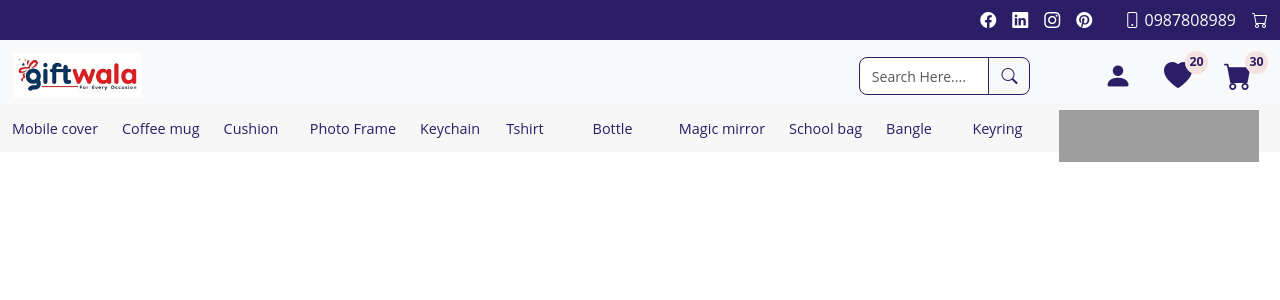
Repository: mangalravi/GiftWala
Page: index.html
The author's editor kept a copy of each file at every save. The page is drawn from the files as they stood at one save, then again after the next save.
The browser window is 1280 px wide. The pictures show the whole page.
Pictures or frames that could not be fetched are drawn as grey boxes. The style sheet was rebuilt from its Sass, Less or Tailwind sources for each picture, by a compiler version that may differ from the author's.

Above is the page before, as saved 2024-07-07 18:12:26.

### index.html
<!DOCTYPE html>
<html lang="en">
  <head>
    <meta charset="UTF-8" />
    <meta name="viewport" content="width=device-width, initial-scale=1.0" />
    <title>GiftWala</title>

    <link
      rel="apple-touch-icon"
      sizes="180x180"
      href="content/images/fabicon.png"
      alt="fabicon"
    />
    <link
      rel="icon"
      type="image/png"
      sizes="32x32"
      href="content/images/fabicon.png"
      alt="fabicon"
    />
    <link
      rel="icon"
      type="image/png"
      sizes="16x16"
      href="content/images/fabicon.png"
      alt="fabicon"
    />
    <link
      rel="publication"
      href=""
      crossorigin="use-credentials"
      type="application/manifest+json"
    />
    <meta name="msapplication-TileColor" content="#da532c" />
    <meta name="theme-color" content="#ffffff" />

    <link rel="icon" href="content/images/logo/favicon.png" type="image/png" />
    <link rel="stylesheet" href="content/css/bootstrap-icons.css" />
    <link rel="stylesheet" href="content/bootstrap/css/bootstrap.min.css" />
    <link rel="stylesheet" href="content/css/font-family.css" />
    <link rel="stylesheet" href="content/css/aos.css" />
    <link rel="stylesheet" href="content/css/custom.css" />
  </head>
  <body>
    <header>
      <div class="tophdr">
        <div class="container-fluid d-flex justify-content-end">
          <ul class="tpmnul">
            <li>
              <ul class="social-link">
                <li>
                  <a
                    href="#"
                    rel="noopener noreferrer"
                    target="_blank"
                    aria-label="Facebook"
                    class="fb"
                    ><i class="bi bi-facebook"></i
                  ></a>
                </li>
                <li>
                  <a
                    href="#"
                    rel="noopener noreferrer"
                    target="_blank"
                    aria-label="Linkedin"
                    class="in"
                    ><i class="bi bi-linkedin"></i
                  ></a>
                </li>
                <li>
                  <a
                    href="#"
                    rel="noopener noreferrer"
                    target="_blank"
                    aria-label="Instagram"
                    class="inta"
                    ><i class="bi bi-instagram"></i
                  ></a>
                </li>
                <li>
                  <a
                    href="#"
                    rel="noopener noreferrer"
                    target="_blank"
                    aria-label="Pinterest"
                    class="inta"
                    ><i class="bi bi-pinterest"></i
                  ></a>
                </li>
                <li>
                  <a
                    href="#"
                    rel="noopener noreferrer"
                    target="_blank"
                    aria-label="Threads"
                    class="in"
                    ><i class="bi bi-threads"></i
                  ></a>
                </li>
              </ul>
            </li>
            <li>
              <a href="#">
                <i class="bi bi-phone"></i>
                <span>0987808989</span>
              </a>
            </li>
            <li>
              <a href="#">
                <i class="bi bi-cart"></i>
              </a>
            </li>
          </ul>
        </div>
      </div>
      <nav class="navbar navbar-expand-lg bg-body-tertiary">
        <div class="container-fluid">
          <a class="navbar-brand m-0" href="#">
            <img
              src="content/images/logo.jpg"
              alt="logo"
              height="45"
              width="131"
            />
          </a>
          <button
            class="navbar-toggler"
            type="button"
            data-bs-toggle="collapse"
            data-bs-target="#navbarSupportedContent"
            aria-controls="navbarSupportedContent"
            aria-expanded="false"
            aria-label="Toggle navigation"
          >
            <span class="navbar-toggler-icon"></span>
          </button>
          <div
            class="collapse navbar-collapse justify-content-end"
            id="navbarSupportedContent"
          >
            <div class="row align-items-center">
              <div class="col-sm-8">
                <div class="row justify-content-center">
                  <div class="col-sm-7">
                    <form class="d-flex" role="search">
                      <div class="input-group">
                        <input
                          type="text"
                          class="form-control"
                          placeholder="Search Here...."
                        />
                        <span class="input-group-text" id="basic-addon2">
                          <i class="bi bi-search"></i>
                        </span>
                      </div>
                    </form>
                  </div>
                </div>
              </div>
              <div class="col-sm-4">
                <ul class="navbar-nav justify-content-end">
                  <li class="nav-item">
                    <a class="nav-link" aria-current="page" href="#"
                      ><i class="bi bi-person-fill"></i
                    ></a>
                  </li>
                  <li class="nav-item">
                    <a class="nav-link" href="#"
                      ><i class="bi bi-heart-fill"></i>
                      <span class="badge">20</span>
                    </a>
                  </li>
                  <li class="nav-item">
                    <a class="nav-link" href="#">
                      <i class="bi bi-cart-fill"></i>
                      <span class="badge">30</span>
                    </a>
                  </li>
                </ul>
              </div>
            </div>
            <div class="btmhdr">
              <div class="container-fluid">
                <div class="btmhdrnv">
                  <div class="row w-100">
                    <div class="col-sm-10">
                      <div class="bdrnv">
                        <div class="row align-items-center">
                          <div class="col-6 col-sm-4 col-md-3 col-lg">
                            <a href="#">Mobile cover</a>
                          </div>
                          <div class="col-6 col-sm-4 col-md-3 col-lg">
                            <a href="#">Coffee mug</a>
                          </div>
                          <div class="col-6 col-sm-4 col-md-3 col-lg">
                            <a href="#">Cushion</a>
                          </div>
                          <div class="col-6 col-sm-4 col-md-3 col-lg">
                            <a href="#">Photo Frame</a>
                          </div>
                          <div class="col-6 col-sm-4 col-md-3 col-lg">
                            <a href="#">Keychain</a>
                          </div>
                          <div class="col-6 col-sm-4 col-md-3 col-lg">
                            <a href="#">Tshirt</a>
                          </div>
                          <div class="col-6 col-sm-4 col-md-3 col-lg">
                            <a href="#">Bottle</a>
                          </div>
                          <div class="col-6 col-sm-4 col-md-3 col-lg">
                            <a href="#">Magic mirror</a>
                          </div>
                          <div class="col-6 col-sm-4 col-md-3 col-lg">
                            <a href="#">School bag</a>
                          </div>
                          <div class="col-6 col-sm-4 col-md-3 col-lg">
                            <a href="#">Bangle</a>
                          </div>
                          <div class="col-6 col-sm-4 col-md-3 col-lg">
                            <a href="#">Keyring</a>
                          </div>
                        </div>
                      </div>
                    </div>
                    <div class="col-sm-2">
                      <div class="position-relative">
                        <a class="adbHeaderLink" href="#">
                          <div class="left bg-express_delivery_1"></div>
                          <input type="hidden" value="Delivery In 2 hours" />
                        </a>
                      </div>
                    </div>
                  </div>
                </div>
              </div>
            </div>
          </div>
        </div>
      </nav>
    </header>

    <!--
<footer>
  <div class="container">
    <div class="row mb-4">
      <div class="col-sm-6 col-md-2 d-flex">
        <div class="hdr-img mb-4">
          <img src="hdr-logo" alt="hdr-logo">
        </div>
      </div>
      <div class="col-md-7">
        <div class="row">
            <div class="col-3">
              <ul>
                <li><a href="aboutus.html">About Us</a></li>
                <li><a href="contact-us.html">Contact Us</a></li>
                <li><a href="faq.html">FAQ</a></li>
              </ul>
            </div>
            <div class="col-4">
              <ul>
                <li><a href="term-and-condition.html">Terms of Purchase</a></li>
                <li><a href="item-condition.html">Items Condition</a></li>
                <li><a href="privacy-policy.html">Privacy Policy</a></li>
              </ul>
            </div>
            <div class="col-5">
              <ul class="mailli">
                <li><a href="tel:1800-419-0431"><i class="bi bi-telephone-fill"></i> 1800-419-0431</a></li>
                <li><a href="mailto: support@b2bstop.com"><i class="bi bi-envelope"></i>  support@b2bstop.com</a></li>
              </ul>
            </div>
         </div>

      </div>
      <div class="col-sm-6 col-md-3 d-flex">
        <div class="adrs">
          <a href="http://maps.google.com/?q=1200 Pennsylvania Ave SE, Washington, District of Columbia, 20003"">
            <i class="bi bi-geo-alt-fill"></i>
            No. 565, Axis Pennmark building, 2nd, 3rd & 4th Floor, 9th cross road, Sarakki, 3rd phase, JP Nagar, Bangalore, Karnataka - 560078
          </a>
        </div>
      </div>
    </div>
    <div class="btn-hdng">
      <p class="text-center">© b2bstop - Trade mark of Green Enabled IT Solutions Pvt. Ltd</p>
    </div>
  </div>
</footer> -->

    <script src="content/js/jquery.min.js"></script>
    <script src="content/js/slick.js"></script>
    <script src="content/js/aos.js"></script>
    <script src="content/bootstrap/js/bootstrap.bundle.min.js"></script>
    <script src="content/js/custom.js"></script>
    <script>
      AOS.init();
    </script>
  </body>
</html>

### content/css/font-family.css
@font-face {
  font-family: "OpenSans";
  font-style: normal;
  font-weight: 400;
  src: url("../fonts/Open_Sans/static/OpenSans-Regular.ttf") format("truetype");
  font-display: swap;
}

@font-face {
  font-family: "OpenSans";
  font-style: normal;
  font-weight: 500;
  src: url("../fonts/Open_Sans/static/OpenSans-Medium.ttf") format("truetype");
  font-display: swap;
}

@font-face {
  font-family: "OpenSans";
  font-style: normal;
  font-weight: 600;
  src: url("../fonts/Open_Sans/static/OpenSans-SemiBold.ttf") format("truetype");
  font-display: swap;
}

@font-face {
  font-family: "OpenSans";
  font-style: normal;
  font-weight: 700;
  src: url("../fonts/Open_Sans/static/OpenSans-Bold.ttf") format("truetype");
  font-display: swap;
}

### content/js/custom.js
$(".projetos-slider").slick({
  slidesToShow: 1,
  slidesToScroll: 1,
  autoplay: true,
  autoplaySpeed: 1000,
  arrows: false,
  dots: false,
  adaptiveHeight: true,
  speed: 1500,
  responsive: [
    {
      breakpoint: 1121,
      settings: {
        slidesToShow: 1,
        autoplay: true,
        adaptiveHeight: true,
      },
    },
    {
      breakpoint: 768,
      settings: {
        slidesToShow: 1,
        autoplay: true,
        adaptiveHeight: true,
      },
    },
  ],
});

### content/css/custom.scss
:root {
  --bs-primary: #2b1e66;
  --bs-secondary: #ed247c;
  --bs-heading: #333333;
  --bs-para: #595657;
  --bs-border-color: #e8e8e8;
  --bs-root-font-size: 16px;
  --bs-body-font-family: 'Open Sans', sans-serif;
}

.bi,
.btn,
.h1,
.h2,
.h3,
.h4,
.h5,
.h6,
:after,
:before,
a,
button,
h1,
h2,
h3,
h4,
h5,
h6,
img,
input,
li,
p,
select,
span,
textarea {
  transition: 0.5s ease-out;
}

ul {
  padding: 0;
  margin: 0;

  li {
    list-style: none;
    color: var(--bs-primary);
  }
}

body {
  margin: 0;
  font-family: var(--bs-body-font-family);
  overflow-x: hidden;
  font-size: 16px;
  position: inherit !important;
}

.overflow-x-hidden {
  overflow-x: hidden;
}

.h1,
.h2,
.h3,
.h4,
.h5,
.h6,
h1,
h2,
h3,
h4,
h5,
h6 {
  font-family: var(--bs-body-font-family);
  font-weight: 600;
  margin-bottom: 1rem;
  line-height: 1.35;
  color: var(--bs-secondary);
}

.btn {
  padding: 0.65rem 0.6rem;
  font-size: 0.65rem;
  text-transform: uppercase;
  transition: all 0.25s;
  border-radius: 0.35rem;
  height: 37.72px;
  font-weight: 600;
}

.btn-secondary-fill {
  background: var(--bs-secondary);
  border: 1px solid var(--bs-secondary);
  color: #fff;

  &:hover {
    background: var(--bs-secondary);
    border: 1px solid var(--bs-secondary);
    color: #fff;
  }
}


input {
  &::placeholder {
    font-size: 0.85rem;
    color: #000;
  }
}

.form-group {
  width: 100%;
  border: 1px solid #e1e1e2;
  border-radius: 0.25rem;
  padding: 0.25rem 1rem;

  &::placeholder {
    font-size: 1rem;
    color: #aeb3b3;
  }

  &::focus {
    outline: none;
    border: 1px solid var(--bs-primary);
  }
}

img {
  object-fit: contain;
  max-width: 100%;
}

.btn-primary {
  color: #fff;
  background-color: var(--bs-primary);
  border: 1px solid var(--bs-primary);
}

.btn-secondary {
  color: var(--bs-secondary);
  background-color: transparent;
  border: 1px solid var(--bs-secondary);

  &:hover {
    border-radius: 0.5rem;
    color: #fff;
    background-color: var(--bs-secondary);
    border-color: transparent;
    transition: all 0.8s;
  }

  &:focus {
    color: #fff;
    background-color: var(--bs-secondary);
    border-color: transparent;
  }
}

.btn-primary {

  &:hover,
  &:focus {
    color: #fff;
    background-color: var(--bs-primary);
    outline: 0;
    box-shadow: none;
    border-color: transparent;
  }
}

.btn-main {
  &:hover {
    background: #fff;
    color: var(--bs-secondary);
  }
}

.nav-item {
  padding: 0 0.5rem;
  color: #333333ad;
  font-weight: 500;

  .nav-link {
    padding: 0 0.5rem;
    color: var(--bs-secondary);
  }

}

a {
  &:hover {
    color: var(--bs-primary);
    text-decoration: none;
  }
}

svg,
img {
  vertical-align: middle;
}

section,
footer {
  padding: 50px 0;
}

.socilhdr {
  display: flex;
  justify-content: flex-end;
  gap: 1.5rem;
  padding: 0;

  li {
    list-style-type: none;
  }
}

.tophdr {
  padding: 0.5rem 0;
  background: var(--bs-primary);

  .tpmnul {
    display: flex;
    align-items: center;
    gap: 1rem;
    color: #fff;

    a {
      color: #fff;
      text-decoration: none;
    }

    .social-link {
      display: flex;
      align-items: center;
      gap: 1rem;

      li {
        a {
          color: #fff;
        }
      }
    }
  }
}

.badge {
  position: absolute;
  top: -4px;
  right: -8px;
  background: #f4e3de;
  padding: 0.25rem;
  width: 23px;
  height: 23px;
  border-radius: 50%;
  color: var(--bs-primary);
  z-index: 0;
  font-size: 0.775rem;
  display: flex;
  align-items: center;
  justify-content: center;
}

.bg-body-tertiary {
  background-color: #f8f9fa;
}

.navbar-nav {
  li {

    a {
      z-index: 8;
      font-size: 1.75rem;
      position: relative;

      i {
        color: var(--bs-primary);
      }
    }
  }
}

.input-group {
  input {
    border: 1px solid var(--bs-primary);
    border-radius: 0.5rem 0 0 0.5rem;

    &:focus {
      box-shadow: none;
    }

    &::placeholder {
      color: #595657;
      font-size: 0.875rem;
    }
  }
}

.input-group-text {
  border: 1px solid var(--bs-primary);
  border-radius: 0.5rem 0.5rem 0.5rem 0;
  display: flex;
  align-items: center;

  i {
    color: var(--bs-primary);
  }
}

.btmhdr {
  background: #f7f7f7;
  padding: 0.75rem 0;
  width: 100%;
  position: absolute;
  top: 4rem;
  left: 0;

  .btmhdrnv {
    display: flex;
  }
}

.bg-express_delivery_1 {
  width: 200px;
  height: 53px;
  background: url(https://assets.winni.in/groot/2023/11/20/desktop/scooter-animation-fifth.gif) no-repeat 0 1px;
  position: absolute;
  left: 0;
  top: -7px;
}

.bdrnv {
  a {
    text-decoration: none;
    text-wrap: nowrap;
    color: var(--bs-primary);
    text-align: center;
    font-size: 0.9rem;
  }
}

@media(max-width:575px) {
  .btmhdr {
    top: 14.5rem;
  }
}

Loaded but not shown: content/css/bootstrap-icons.css (library); content/bootstrap/css/bootstrap.min.css (library); content/css/aos.css (library); content/js/jquery.min.js (library); content/js/slick.js (library); content/js/aos.js (library); content/bootstrap/js/bootstrap.bundle.min.js (library)

After the next save:
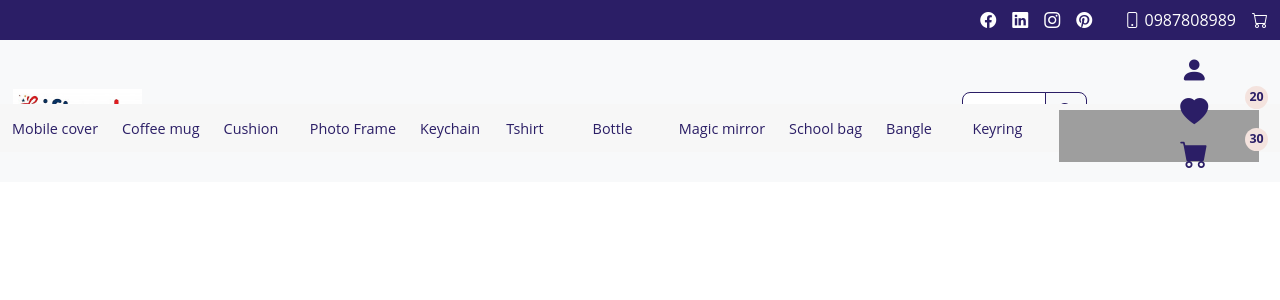
Saved 72 s later.
--- a/index.html
+++ b/index.html
@@ -159,7 +159,9 @@
                 </div>
               </div>
               <div class="col-sm-4">
-                <ul class="navbar-nav justify-content-end">
+                <ul
+                  class="navbar-nav justify-content-end flex-row flex-md-column"
+                >
                   <li class="nav-item">
                     <a class="nav-link" aria-current="page" href="#"
                       ><i class="bi bi-person-fill"></i
